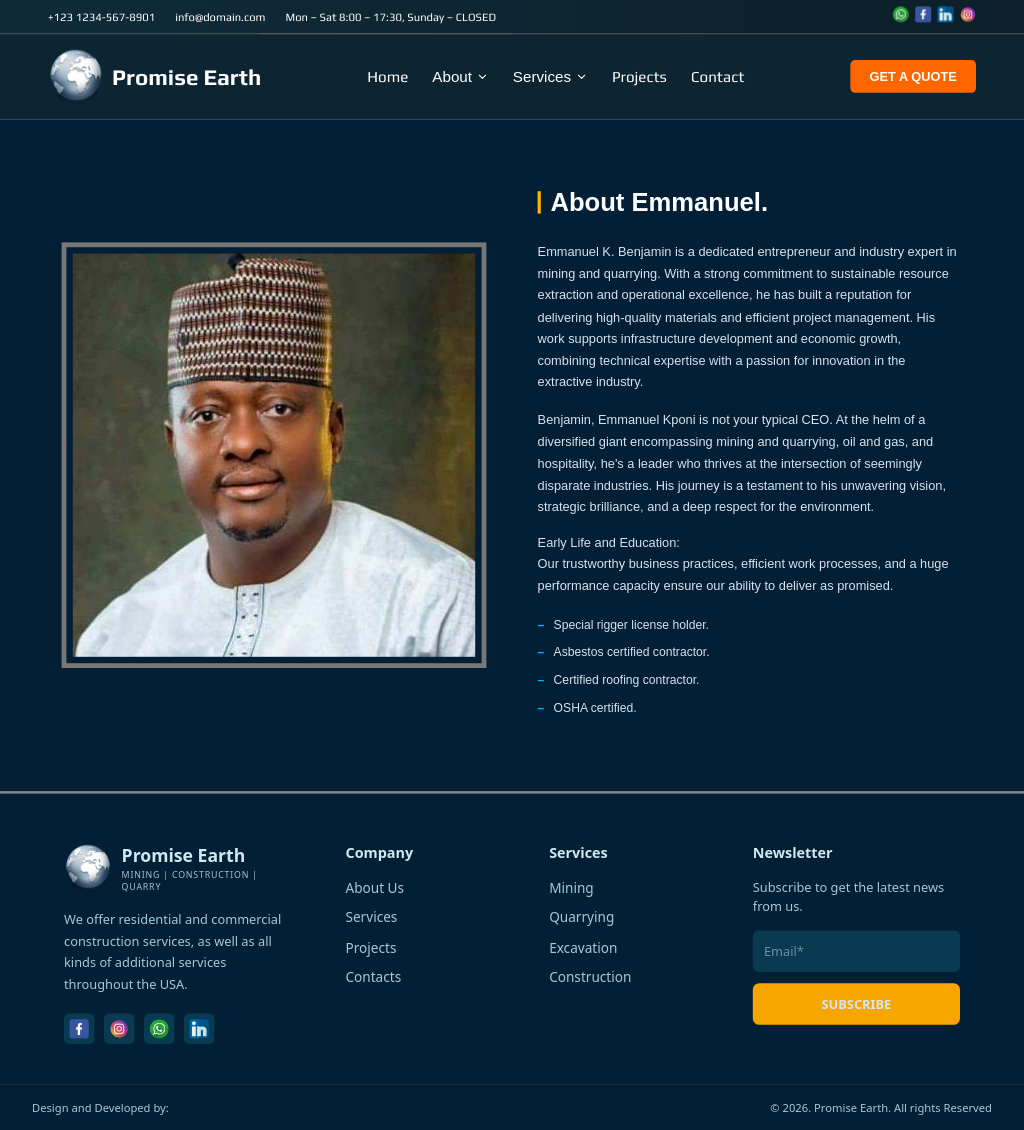
Repository: KC-Minchakpu/promise-earth
Page: /Emmanuel
These files come from the project's save history. The page is drawn as it stood at one moment and after the next save; the edit follows.
The browser window is 1280 px wide. The pictures show the whole page, at 80% of full size.
The project was rebuilt for these pictures with package versions that can differ from the ones it lists, and the page was loaded fresh each time. The framework's server and built-in components were replaced by stand-ins that run in the browser. Also part of the build but not shown: next.config.ts.

Above is the page before, as saved 2026-02-27 13:30:20.

### src/app/layout.tsx
import type { Metadata } from "next";
import { Play, Poppins } from "next/font/google";
import "./globals.css";
import Header from "@/components/Header/Header";
import Footer from "@/components/Footer/Footer";

const play = Play({
  variable: "--font-play",
  subsets: ["latin"],
  weight: ["400", "700"],
});

const poppins = Poppins({
  variable: "--font-poppins",
  subsets: ["latin"],
  weight: ["300", "400", "500", "600", "700"],
});

export const metadata: Metadata = {
  title: "Promise Earth | Home",
  description: "Promise Earth is a construction company that delivers high-quality projects with expertise and dedication.",
};

export default function RootLayout({
  children,
}: Readonly<{
  children: React.ReactNode;
}>) {
  return (
    <html lang="en">
      <body
        className={`${play.variable} ${poppins.variable} antialiased`}
      >
        <Header />
        {children}
        <Footer />
      </body>
    </html>
  );
}

### src/app/Emmanuel/page.tsx
import AboutEmmanuel from "@/components/About/AboutEmmanuel";

export default function EmmanuelPage() {
  return (
    <>
      <AboutEmmanuel />
    </>
  );
}

### src/app/globals.css
@import "tailwindcss";

:root {
  --background: #ffffff;
  --foreground: #171717;
}


@media (prefers-color-scheme: dark) {
  :root {
    --background: #0a0a0a;
    --foreground: #ededed;
  }
}

body {
  background: var(--background);
  color: var(--foreground);
  font-family: Arial, Helvetica, sans-serif;
}

### src/components/Header/Header.tsx
"use client";

import { useState, useEffect, useRef } from "react";
import { usePathname } from "next/navigation";
import Link from "next/link";
import Image from "next/image";
import styles from "./Header.module.css";
import { ChevronDown, Menu, X } from "lucide-react";

const Header = () => {
  const pathname = usePathname();

  const [mobileOpen, setMobileOpen] = useState(false);
  const [scrolled, setScrolled] = useState(false);
  const [aboutOpen, setAboutOpen] = useState(false);
  const [servicesOpen, setServicesOpen] = useState(false);

  // FIX: correct timeout type
  const aboutTimeoutRef = useRef<ReturnType<typeof setTimeout> | null>(null);
  const servicesTimeoutRef = useRef<ReturnType<typeof setTimeout> | null>(null);

  /* Sticky Scroll */
  useEffect(() => {
    const handleScroll = () => {
      setScrolled(window.scrollY > 20);
    };

    window.addEventListener("scroll", handleScroll);
    return () => window.removeEventListener("scroll", handleScroll);
  }, []);

  const isActive = (path: string) => pathname === path;

  const socials = [
    { href: "#", src: "/icons/whatsapp.png", alt: "WhatsApp", title: "WhatsApp" },
    { href: "#", src: "/icons/facebook.png", alt: "Facebook", title: "Facebook" },
    { href: "#", src: "/icons/linkedin.png", alt: "LinkedIn", title: "LinkedIn" },
    { href: "#", src: "/icons/instagram.png", alt: "Instagram", title: "Instagram" },
  ];

  return (
    <header className={`${styles.header} ${scrolled ? styles.scrolled : ""}`}>

      {/* TOP BAR */}
      <div className={styles.topBar}>
        <div className={styles.topContainer}>

          <div className={styles.topLeft}>
            <span>+123 1234-567-8901</span>
            <span>info@domain.com</span>
            <span>Mon – Sat 8:00 – 17:30, Sunday – CLOSED</span>
          </div>

          <div className={styles.topRight}>
            {socials.map((social) => (
              <a key={social.alt} href={social.href} title={social.title}>
                <Image
                  src={social.src}
                  alt={social.alt}
                  width={20}
                  height={20}
                />
              </a>
            ))}
          </div>

        </div>
      </div>


      {/* NAVBAR */}
      <div className={styles.navbar}>
        <div className={styles.navContainer}>

          {/* LOGO */}
          <Link href="/" className={styles.logo}>
            <Image
              src="/images/globe.png"
              alt="Promise Earth Logo"
              width={70}
              height={70}
              priority
            />
            <span>Promise Earth</span>
          </Link>


          {/* NAV LINKS */}
          <nav className={`${styles.navLinks} ${mobileOpen ? styles.show : ""}`}>

            <Link href="/" className={isActive("/") ? styles.active : ""}>
              Home
            </Link>


            {/* ABOUT */}
            <div
              className={styles.dropdown}
              onMouseEnter={() => {
                if (aboutTimeoutRef.current) clearTimeout(aboutTimeoutRef.current);
                setAboutOpen(true);
              }}
              onMouseLeave={() => {
                aboutTimeoutRef.current = setTimeout(() => {
                  setAboutOpen(false);
                }, 150);
              }}
            >

              <button className={styles.dropBtn}>
                About <ChevronDown size={16} />
              </button>

              <div className={`${styles.dropdownMenu} ${aboutOpen ? styles.showDropdown : ""}`}>
                <Link href="/AboutUs">Promise Earth</Link>
                <Link href="/Emmanuel">Emmanuel K. Benjamin</Link>
                <Link href="/our-team">Our Team</Link>
              </div>

            </div>


            {/* SERVICES */}
            <div
              className={styles.dropdown}
              onMouseEnter={() => {
                if (servicesTimeoutRef.current) clearTimeout(servicesTimeoutRef.current);
                setServicesOpen(true);
              }}
              onMouseLeave={() => {
                servicesTimeoutRef.current = setTimeout(() => {
                  setServicesOpen(false);
                }, 150);
              }}
            >

              <button className={styles.dropBtn}>
                Services <ChevronDown size={16} />
              </button>

              <div className={`${styles.dropdownMenu} ${servicesOpen ? styles.showDropdown : ""}`}>
                <Link href="/mining">Mining</Link>
                <Link href="/quarry">Quarry</Link>
                <Link href="/construction">Construction</Link>
                <Link href="/excavation">Excavation</Link>
                <Link href="/sandstones">Sandstones</Link>
              </div>

            </div>


            <Link href="/projects" className={isActive("/projects") ? styles.active : ""}>
              Projects
            </Link>

            <Link href="/contact" className={isActive("/contact") ? styles.active : ""}>
              Contact
            </Link>

          </nav>


          {/* CTA */}
          <div className={styles.cta}>
            <Link href="/contact">GET A QUOTE</Link>
          </div>


          {/* MOBILE TOGGLE */}
          <div
            className={styles.mobileToggle}
            onClick={() => setMobileOpen(!mobileOpen)}
          >
            {mobileOpen ? <X size={24} /> : <Menu size={24} />}
          </div>


        </div>
      </div>

    </header>
  );
};

export default Header;

### src/components/Footer/Footer.tsx
// Footer.tsx
import styles from "./Footer.module.css";
import Link from "next/link";
import Image from "next/image";

export default function Footer() {
  return (
    <footer className={styles.footer}>
      <div className={styles.container}>
        {/* Column 1 */}
        <div className={styles.colBrand}>
          <div className={styles.logoRow}>
            <Image
            src="/images/globe.png"
            alt="Promise Earth logo"
            width={60}
            height={60}
            className={styles.logoImage}
            priority
            />
            <div>
              <div className={styles.brand}>Promise Earth</div>
              <div className={styles.subBrand}>MINING | CONSTRUCTION | QUARRY</div>
            </div>
          </div>

          <p className={styles.desc}>
            We offer residential and commercial construction services, as well
            as all kinds of additional services throughout the USA.
          </p>

          <div className={styles.socials}>
      <a
        href="https://www.facebook.com/yourpage"
        target="_blank"
        rel="noopener noreferrer"
        aria-label="Facebook"
        className={styles.social}
      >
        <Image
          src="/icons/facebook.png"
          alt="Facebook"
          width={24}
          height={24}
        />
      </a>

      <a
        href="https://www.instagram.com/yourpage"
        target="_blank"
        rel="noopener noreferrer"
        aria-label="Instagram"
        className={styles.social}
      >
        <Image
          src="/icons/instagram.png"
          alt="Instagram"
          width={24}
          height={24}
        />
      </a>

      <a
        href="https://whatsapp.com/yourpage"
        target="_blank"
        rel="noopener noreferrer"
        aria-label="WhatsApp"
        className={styles.social}
      >
        <Image
          src="/icons/whatsapp.png"
          alt="WhatsApp"
          width={24}
          height={24}
        />
      </a>

      <a
        href="https://www.linkedin.com/@yourchannel"
        target="_blank"
        rel="noopener noreferrer"
        aria-label="LinkedIn"
        className={styles.social}
      >
        <Image
          src="/icons/linkedin.png"
          alt="LinkedIn"
          width={24}
          height={24}
        />
      </a>
    </div>
        </div>

        {/* Column 2 */}
        <div className={styles.col}>
          <h4 className={styles.heading}>Company</h4>
          <ul className={styles.links}>
            <li><Link href="/sectors" className={styles.link}>About Us</Link></li>
            <li><Link href="/services" className={styles.link}>Services</Link></li>
            <li><Link href="/projects" className={styles.link}>Projects</Link></li>
            <li><Link href="/contacts" className={styles.link}>Contacts</Link></li>
          </ul>
        </div>

        {/* Column 3 */}
        <div className={styles.col}>
          <h4 className={styles.heading}>Services</h4>
          <ul className={styles.links}>
            <li><Link href="/services/project-management" className={styles.link}>Mining</Link></li>
            <li><Link href="/services/design-build" className={styles.link}>Quarrying</Link></li>
            <li><Link href="/services/remodeling" className={styles.link}>Excavation</Link></li>
            <li><Link href="/services/construction" className={styles.link}>Construction</Link></li>
          </ul>
        </div>

        {/* Column 4 */}
        <div className={styles.colNewsletter}>
          <h4 className={styles.heading}>Newsletter</h4>
          <p className={styles.newsText}>
            Subscribe to get the latest news from us.
          </p>

          <input
            type="email"
            placeholder="Email*"
            className={styles.input}
          />
          <button className={styles.button}>SUBSCRIBE</button>
        </div>
      </div>

      <div className={styles.bottomBar}>
        <span>Design and Developed by: </span>
        <span>&copy; 2026. Promise Earth. All rights Reserved</span>
      </div>
    </footer>
  );
}

### src/components/About/AboutEmmanuel.tsx
import Image from "next/image";
import styles from "./AboutEmmanuel.module.css";

const AboutEmmanuel = () => {
  return (
    <section className={styles.about}>
      <div className={styles.container}>
        {/* Image */}
        <div className={styles.imageWrapper}>
          <Image
            src="/images/team-1.jpg"
            alt="Emmanuel K. Benjamin"
            width={520}
            height={620}
            className={styles.image}
          />
        </div>

        {/* Content */}
        <div className={styles.content}>
          <h2 className={styles.heading}>
            <span className={styles.accent} /> About Emmanuel.
          </h2>

          <p>
            Emmanuel K. Benjamin is a dedicated entrepreneur and industry expert in mining and quarrying.
            With a strong commitment to sustainable resource extraction and operational excellence,
            he has built a reputation for delivering high-quality materials and efficient project
            management. His work supports infrastructure development and economic growth, combining
            technical expertise with a passion for innovation in the extractive industry.
          </p>

          <p>
            Benjamin, Emmanuel Kponi is not your typical CEO. At the helm of a diversified giant
            encompassing mining and quarrying, oil and gas, and hospitality, he&apos;s a leader who
            thrives at the intersection of seemingly disparate industries. His journey is a testament
            to his unwavering vision, strategic brilliance, and a deep respect for the environment.
          </p>
          <h2>Early Life and Education:</h2>

          <p>
            Our trustworthy business practices, efficient work processes, and a
            huge performance capacity ensure our ability to deliver as promised.
          </p>

          <ul className={styles.list}>
            <li>Special rigger license holder.</li>
            <li>Asbestos certified contractor.</li>
            <li>Certified roofing contractor.</li>
            <li>OSHA certified.</li>
          </ul>
        </div>
      </div>
    </section>
  );
};

export default AboutEmmanuel;

### src/components/Header/Header.module.css
.header {
  position: sticky;
  top: 0;
  z-index: 9999;
  transition: all 0.3s ease;
}

.scrolled {
  box-shadow: 0 6px 20px rgba(0, 0, 0, 0.15);
}

.topBar {
  background: linear-gradient(to right, #0f2b3a, #0c1f2a);
  color: #ffffff;
  font-size: 14px;
  font-family: "Play", sans-serif;
  border-bottom: 1px solid #888888;
}

.topContainer {
  max-width: 1200px;
  margin: auto;
  padding: 8px 20px;
  display: flex;
  justify-content: space-between;
  align-items: center;
}

.topLeft span {
  margin-right: 25px;
}

.topRight a {
  margin-left: 8px;
  display: inline-block;
}

/* NAVBAR */
.navbar {
  background: #0d2533;
  color: white;
}

.navContainer {
  max-width: 1200px;
  margin: auto;
  padding: 18px 20px;
  display: flex;
  align-items: center;
  justify-content: space-between;
}

/* LOGO */
.logo {
  display: flex;
  align-items: center;
  gap: 10px;
  font-size: 28px;
  font-weight: bold;
  font-family: "Play", sans-serif;
  text-decoration: none;
  color: white;
}

/* NAV LINKS */
.navLinks {
  display: flex;
  align-items: center;
  gap: 30px;
}

.navLinks a {
  color: white;
  text-decoration: none;
  font-size: 19px;
  font-weight: 500;
  transition: color 0.3s ease;
  font-family: "Play", sans-serif;
}

.navLinks a:hover {
  color: #ffae00;
}

.active {
  color: #ffbb00 !important;
}

/* DROPDOWN  */
.dropdown {
  position: relative;
}

.dropBtn {
  background: none;
  border: none;
  color: white;
  font-weight: 500;
  font-size: 19px;
  display: flex;
  align-items: center;
  gap: 5px;
  cursor: pointer;
  transition: color 0.3s ease;
}

.dropBtn:hover {
  color: #ffc400;
}

.dropdownMenu {
  position: absolute;
  top: 100%;
  left: 0;
  margin-top: 0;
  background: #111111;
  min-width: 250px;
  border-radius: 6px;
  box-shadow: 0 10px 25px rgba(0, 0, 0, 0.15);
  opacity: 0;
  transform: translateY(10px);
  pointer-events: none;
  transition: all 0.25s ease;
}

.showDropdown {
  opacity: 1;
  transform: translateY(0);
  pointer-events: auto;
}

.dropdownMenu a {
  display: block;
  padding: 12px 18px;
  color: #ffffff;
  text-decoration: none;
  transition: background 0.3s ease;
}

.dropdownMenu a:hover {
   color: #ffc400;
}

/* CTA  */
.cta a {
  background: #ff6600;
  padding: 12px 24px;
  border-radius: 6px;
  color: white;
  text-decoration: none;
  font-weight: bold;
  transition: all 0.3s ease;
}

.cta a:hover {
  background: #e65c00;
  transform: translateY(-2px);
}

/*  MOBILE  */
.mobileToggle {
  display: none;
  cursor: pointer;
}

@media (max-width: 992px) {
  .navLinks {
    position: absolute;
    top: 80px;
    left: 0;
    width: 100%;
    background: #0d2533;
    flex-direction: column;
    padding: 20px;
    display: none;
  }

  .show {
    display: flex;
  }

  .cta {
    display: none;
  }

  .mobileToggle {
    display: block;
  }

  .dropdownMenu {
    position: relative;
    top: 0;
    box-shadow: none;
    opacity: 1;
    transform: none;
    pointer-events: auto;
    background: #112f40;
  }

  .dropdownMenu a {
    color: white;
  }
}

### src/components/Footer/Footer.module.css
.footer {
  background: #031f35;
  color: #cfe8f3;
  padding-top: 60px;
  font-family: system-ui, -apple-system, Segoe UI, Roboto, sans-serif;
  border-top: 3px solid #888888;
}

.container {
  max-width: 1200px;
  margin: 0 auto;
  display: grid;
  grid-template-columns: 1.5fr 1fr 1fr 1.2fr;
  gap: 60px;
  padding: 0 40px 50px;
}

.logoRow {
  display: flex;
  align-items: center;
  gap: 12px;
  margin-bottom: 18px;
}

.logoIcon {
  font-size: 34px;
}

.brand {
  font-size: 22px;
  font-weight: 700;
}

.subBrand {
  font-size: 11px;
  letter-spacing: 1px;
  opacity: 0.8;
}

.desc {
  margin-top: 10px;
  line-height: 1.7;
  color: #a9c7d6;
}

.socials {
  margin-top: 22px;
  display: flex;
  gap: 12px;
}

.social {
  width: 38px;
  height: 38px;
  display: grid;
  place-items: center;
  background: #0a3a52;
  border-radius: 6px;
  cursor: pointer;
  font-size: 14px;
}

.heading {
  font-size: 18px;
  font-weight: 700;
  margin-bottom: 18px;
}

.links {
  list-style: none;
  font-family: "Play" sans-serif;
  font-size: 17px;
  padding: 0;
  margin: 0;
  display: grid;
  gap: 12px;
  color: #a9c7d6;
}
 .links :hover {
    color: #f7a600;
    text-decoration: underline;
 }

.colNewsletter {
  display: flex;
  flex-direction: column;
}

.newsText {
  color: #a9c7d6;
  margin-bottom: 18px;
}

.input {
  background: #0a3a52;
  border: none;
  padding: 14px;
  border-radius: 8px;
  color: #cfe8f3;
  margin-bottom: 14px;
}

.button {
  background: #f7a600;
  border: none;
  padding: 14px;
  border-radius: 8px;
  font-weight: 700;
  cursor: pointer;
}

.bottomBar {
  border-top: 1px solid rgba(255,255,255,0.1);
  display: flex;
  justify-content: space-between;
  padding: 18px 40px;
  color: #a9c7d6;
  font-size: 14px;
}

### src/components/About/AboutEmmanuel.module.css
.about {
  background: #031f35;
  padding: 5rem 6%;
}

.container {
  display: grid;
  grid-template-columns: 1fr 1fr;
  gap: 4rem;
  align-items: center;
}

.imageWrapper {
  border: 6px solid #777777;
  padding: 0.5rem;
}

.image {
  width: 100%;
  height: auto;
  display: block;
}

.content {
  color: #d6e2f0;
}

.heading {
  display: flex;
  align-items: center;
  font-size: 2rem;
  font-weight: 800;
  color: #ffffff;
  margin-bottom: 1.5rem;
}

.accent {
  width: 4px;
  height: 28px;
  background-color: #ffb400;
  margin-right: 0.75rem;
}

.content p {
  line-height: 1.7;
  margin-bottom: 1.25rem;
  font-size: 1rem;
}

.list {
  margin-top: 1.5rem;
  list-style: none;
  padding: 0;
}

.list li {
  position: relative;
  padding-left: 1.25rem;
  margin-bottom: 0.75rem;
  font-size: 0.95rem;
}

.list li::before {
  content: "–";
  position: absolute;
  left: 0;
  color: #00b4ff;
  font-weight: 700;
}

/* Responsive */
@media (max-width: 900px) {
  .container {
    grid-template-columns: 1fr;
  }

  .imageWrapper {
    max-width: 500px;
    margin: 0 auto;
  }
}

After the next save:
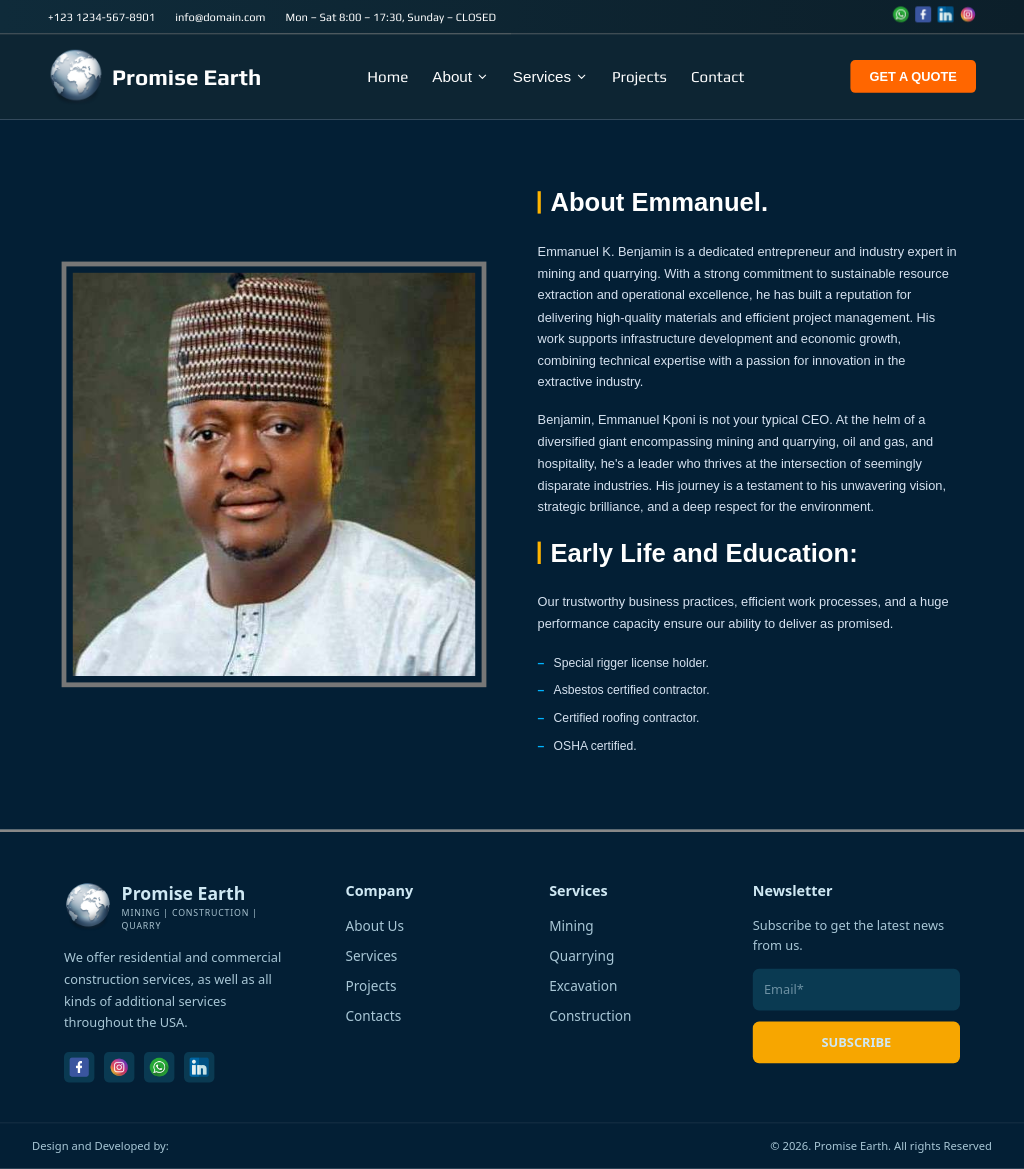
Saved 43 s later.
--- a/src/components/About/AboutEmmanuel.tsx
+++ b/src/components/About/AboutEmmanuel.tsx
@@ -36,7 +36,9 @@ const AboutEmmanuel = () => {
             thrives at the intersection of seemingly disparate industries. His journey is a testament
             to his unwavering vision, strategic brilliance, and a deep respect for the environment.
           </p>
-          <h2>Early Life and Education:</h2>
+          <h2 className={styles.heading}>
+            <span className={styles.accent} /> Early Life and Education:
+          </h2>
 
           <p>
             Our trustworthy business practices, efficient work processes, and a
